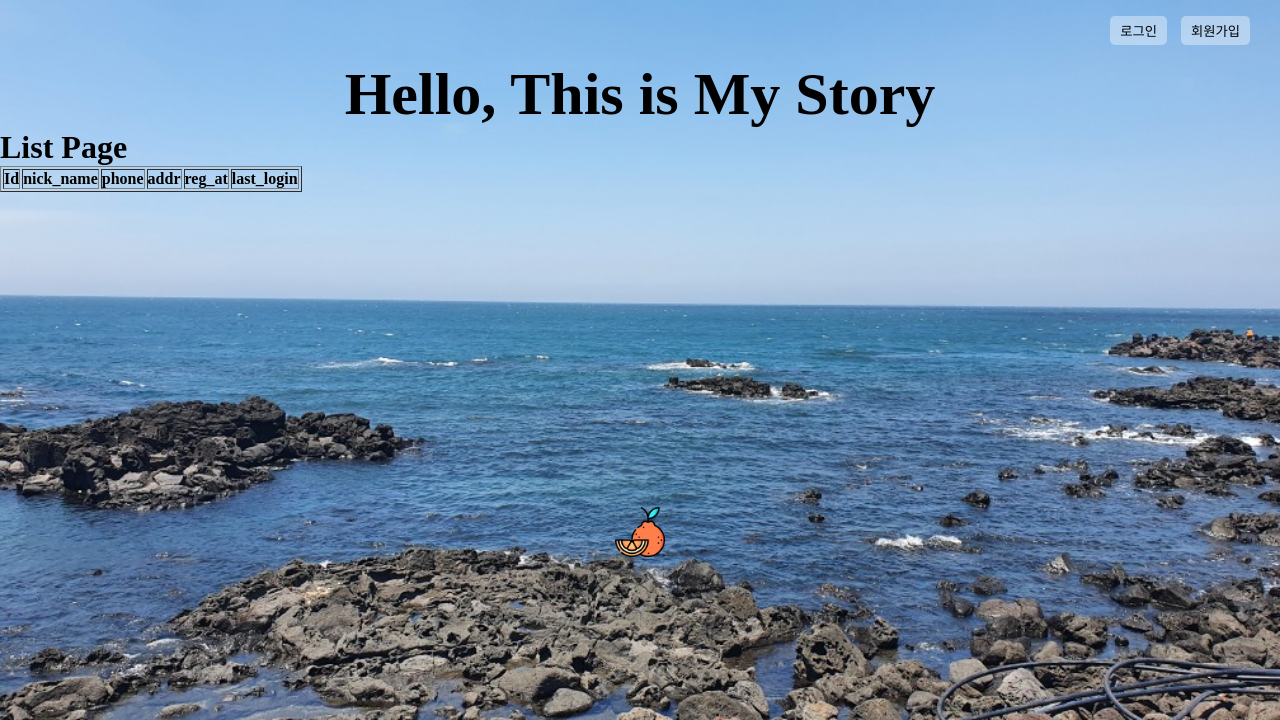
Repository: jeeniii/test2022_12_29
Page: http://localhost/portfolio/member/list.jsp
These files come from the project's save history. The page is drawn as it stood at one moment and after the next save; the edit follows.
The browser window is 1280 px wide. The pictures show the whole page.
The page is served by Tomcat 9. Other server files are loaded and not shown. The template is opened directly, without the code that normally fills it, so the values that code supplies are empty.

Above is the page before, as saved 2022-12-13 09:02:48.

### JSP_Portfolio/portfolio/src/main/webapp/member/list.jsp
<%@ page language="java" contentType="text/html; charset=UTF-8"
    pageEncoding="UTF-8"%>
    <%@ taglib uri="http://java.sun.com/jsp/jstl/core" prefix="c" %>
<!DOCTYPE html>
<html>
<head>
<meta charset="UTF-8">
<title>Insert title here</title>
<link rel="stylesheet" href="/resources/css/memberlist.css" type="text/css">
<%@ include file="/header.jsp" %>
</head>
<body>
<h1>List Page</h1>
<table border="1">
		<tr>
			<th>Id</th>
			<th>nick_name</th>
			<th>phone</th>
			<th>addr</th>
			<th>reg_at</th>
			<th>last_login</th>
		</tr>
	<c:forEach items="${list }" var="mvo">
		<tr>
			<td>${mvo.id }</td>
			<td>${mvo.nick_name }</td>
			<td>${mvo.phone }</td>
			<td>${mvo.addr }</td>
			<td>${mvo.reg_at }</td>
			<td>${mvo.last_login }</td>
		</tr>
	</c:forEach>
</table>
<section>
</section>
<%@ include file="/footer.jsp" %>
</body>
</html>

### JSP_Portfolio/portfolio/src/main/webapp/header.jsp
<%@ page language="java" contentType="text/html; charset=UTF-8"
    pageEncoding="UTF-8"%>
    <%@ taglib uri="http://java.sun.com/jsp/jstl/core" prefix="c" %>
<!DOCTYPE html>
<html>
<head>
<meta charset="UTF-8">

<link rel="stylesheet" href="/resources/css/header.css" type="text/css">
</head>
<body>
	<header>
		<div class="realHeader">
			<div class="headbar">
				<ul>

					<c:if test="${ses.id ne null }">
						<li>
							${ses.nick_name }님
						</li>
						<li>
							<a href="/mem/logout?id=${ses.id }"><button type="button">로그아웃</button></a>
						</li>
						<li>
							<a href="/mem/modify?id=${ses.id }"><button type="button">회원정보수정</button></a>
						</li>
					</c:if>

					<c:if test="${ses.id eq null }">
						<li>
							<a href="/mem/login"><button type="button">로그인</button></a>
						</li>
						<li>
							<a href="/mem/join"><button type="button"> 회원가입</button></a>
						</li>
					</c:if>
				</ul>
			</div>
		</div>
		<div class="topic">
			<h1>Hello, This is My Story</h1>
		</div>
	</header>
</body>
</html>

### JSP_Portfolio/portfolio/src/main/webapp/footer.jsp
<%@ page language="java" contentType="text/html; charset=UTF-8"
    pageEncoding="UTF-8"%>
    <%@ taglib uri="http://java.sun.com/jsp/jstl/core" prefix="c" %>
<!DOCTYPE html>
<html>
<head>
<meta charset="UTF-8">
<title>Insert title here</title>
<link rel="stylesheet" href="/resources/css/footer.css" type="text/css">
</head>
<body>
<footer>
		<a href="/" id="hanlabtn"><button type="button"><img src="/resources/한라봉.png" id="hanlabong"></button></a>
</footer>
</body>
</html>

### JSP_Portfolio/portfolio/src/main/webapp/resources/css/memberlist.css
@charset "UTF-8";
section{
	min-height: 310px;
}

### JSP_Portfolio/portfolio/src/main/webapp/resources/css/header.css
@charset "UTF-8";
* {
    margin: 0;
    padding: 0;
    box-sizing: border-box;
}
body{
	width:100%;
	height:100%;
	background-image: url("/resources/제주 바다.jpg");
	background-repeat: no-repeat;
	background-size: cover;
}
.topic{
	text-align: center;
	font-size: 30px;
}
.realHeader{
	height: 60px;
}
.headbar{
	display: flex;
	align-items: center;
	float: right;
	padding: 0px 30px;
	height: 60px;
}
.headbar>ul{
    list-style-type: none;
}
.headbar>ul>li{
	display: inline;;
	margin-left: 10px;
	line-height: 30px;
	vertical-align: middle;
}
.headbar>ul>li>a{
	font-size: 20px;
	font-weight: 700px;
	color: black;
    text-decoration-line:none ;
}
button[type="button"]{
	border: 0px;
	padding: 5px 10px;
	border-radius: 5px;
	background-color: rgba(255, 255, 255, 0.377);
}

### JSP_Portfolio/portfolio/src/main/webapp/resources/css/footer.css
@charset "UTF-8";
#hanlabong{
    width: 50px;
    height: 50px;
}

#hanlabtn{
	background-color: transparent;
	border:none;
	cursor: pointer;
}
#hanlabtn button{
	background-color: transparent;
	border:none;
	cursor: pointer;

}
#hanlabtn:hover{
	transform:scale(1.5);
  	transition: transform .5s;
}
footer{
	width: 100%;
	display: flex;
	justify-content: center;
}

After the next save:
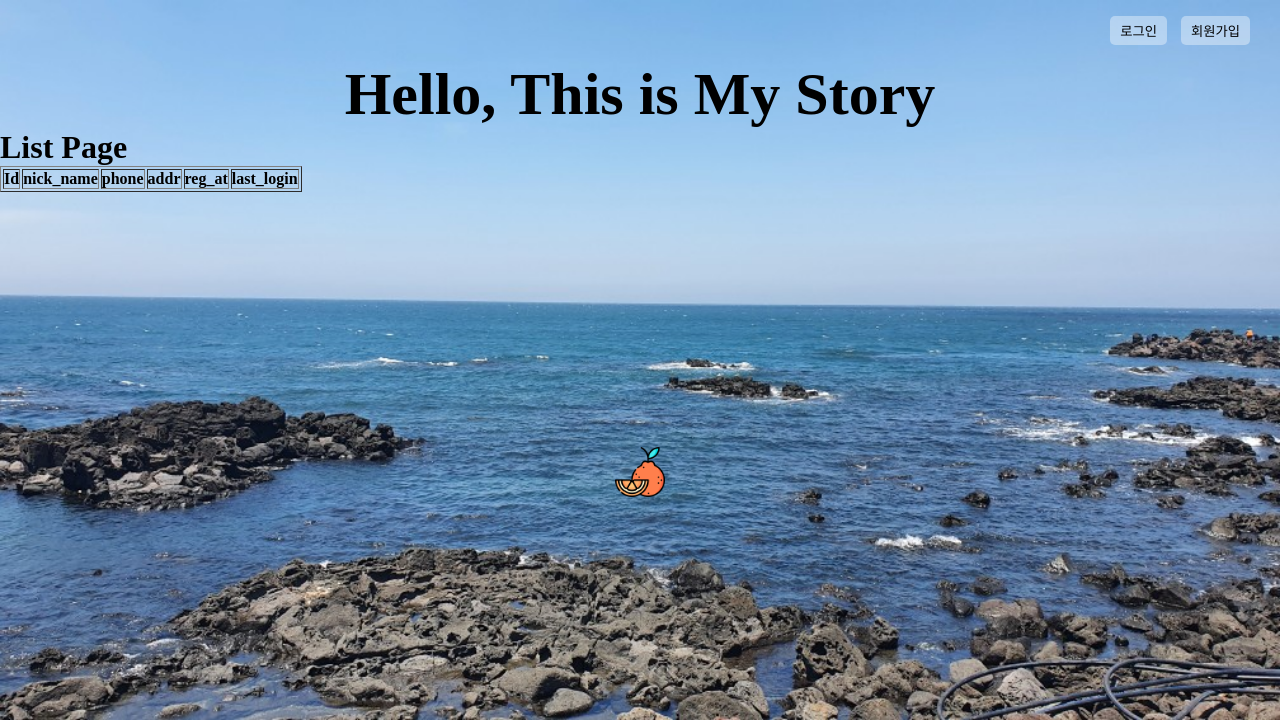
Saved 17 s later.
--- a/JSP_Portfolio/portfolio/src/main/webapp/resources/css/memberlist.css
+++ b/JSP_Portfolio/portfolio/src/main/webapp/resources/css/memberlist.css
@@ -1,4 +1,4 @@
 @charset "UTF-8";
 section{
-	min-height: 310px;
+	min-height: 250px;
 }
